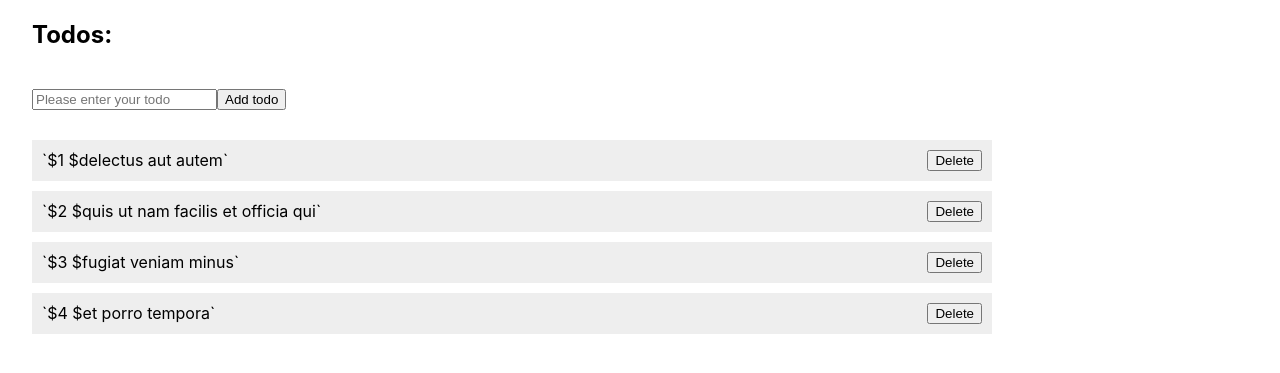
Repository: vhoreho/react
Page: / (app in myapp/)
An editor plug-in stored every save of this project. The page is shown before and after the next save, followed by the edit.
The browser window is 1280 px wide. The pictures show the whole page.
The project was rebuilt for these pictures with package versions that can differ from the ones it lists, and the page was loaded fresh each time.

Above is the page before, as saved 2022-08-08 21:57:45.

After the next save:
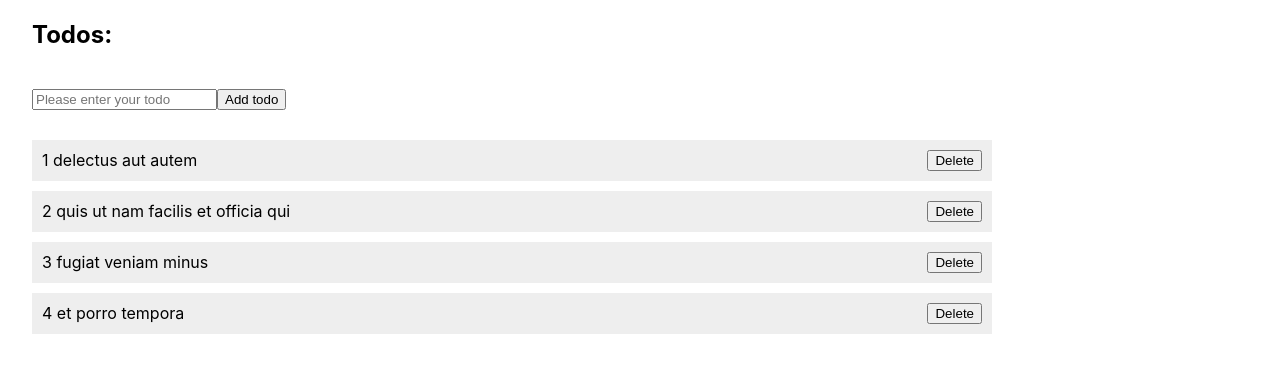
Saved 4 s later.
--- a/myapp/src/components/TodoItem.js
+++ b/myapp/src/components/TodoItem.js
@@ -11,7 +11,7 @@
             display: 'flex',
             justifyContent: 'space-between'
         }}>
-            `${id} ${title}`
+            {`${id} ${title}`}
             <button onClick={deleteTodo(id)}>Delete</button>
         </li>
     )
